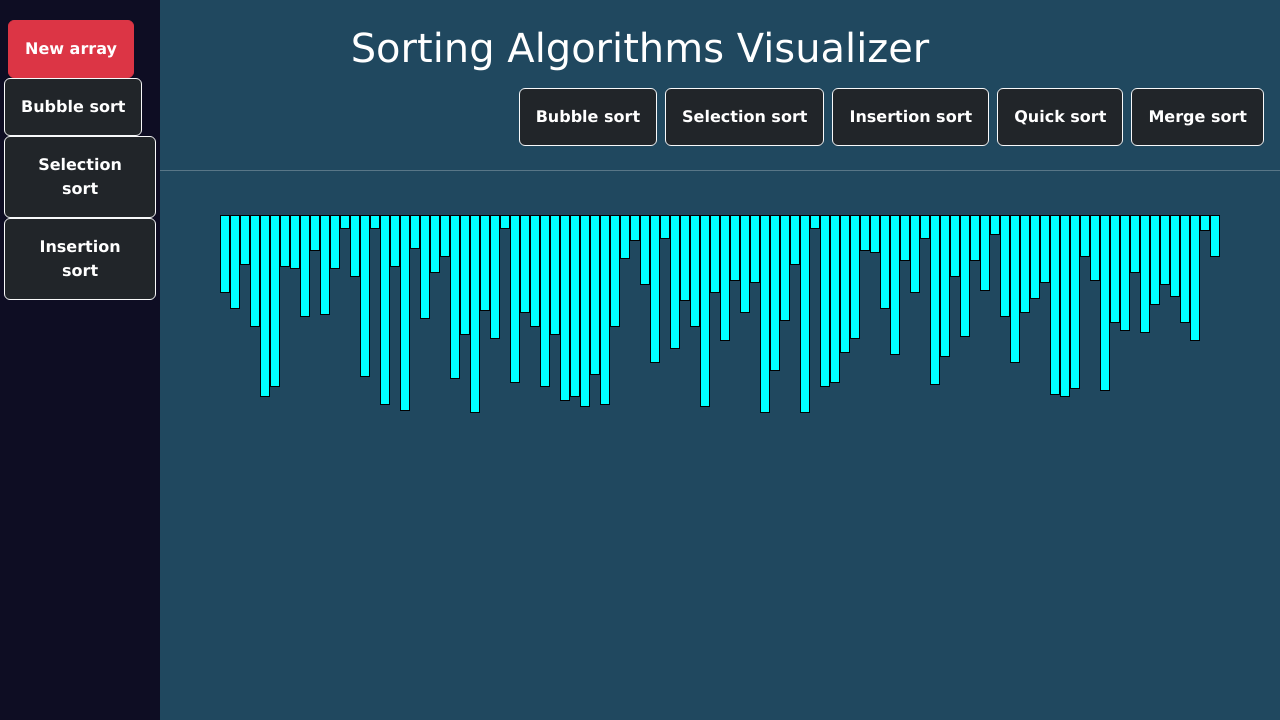
Repository: Vasil1001/Sorting-Algorithms-Visualizer-js
Page: views/index.html
These files come from the project's save history. The page is drawn as it stood at one moment and after the next save; the edit follows.
The browser window is 1280 px wide. The pictures show the whole page.

Above is the page before, as saved 2022-11-03 17:54:37.

After the next save:
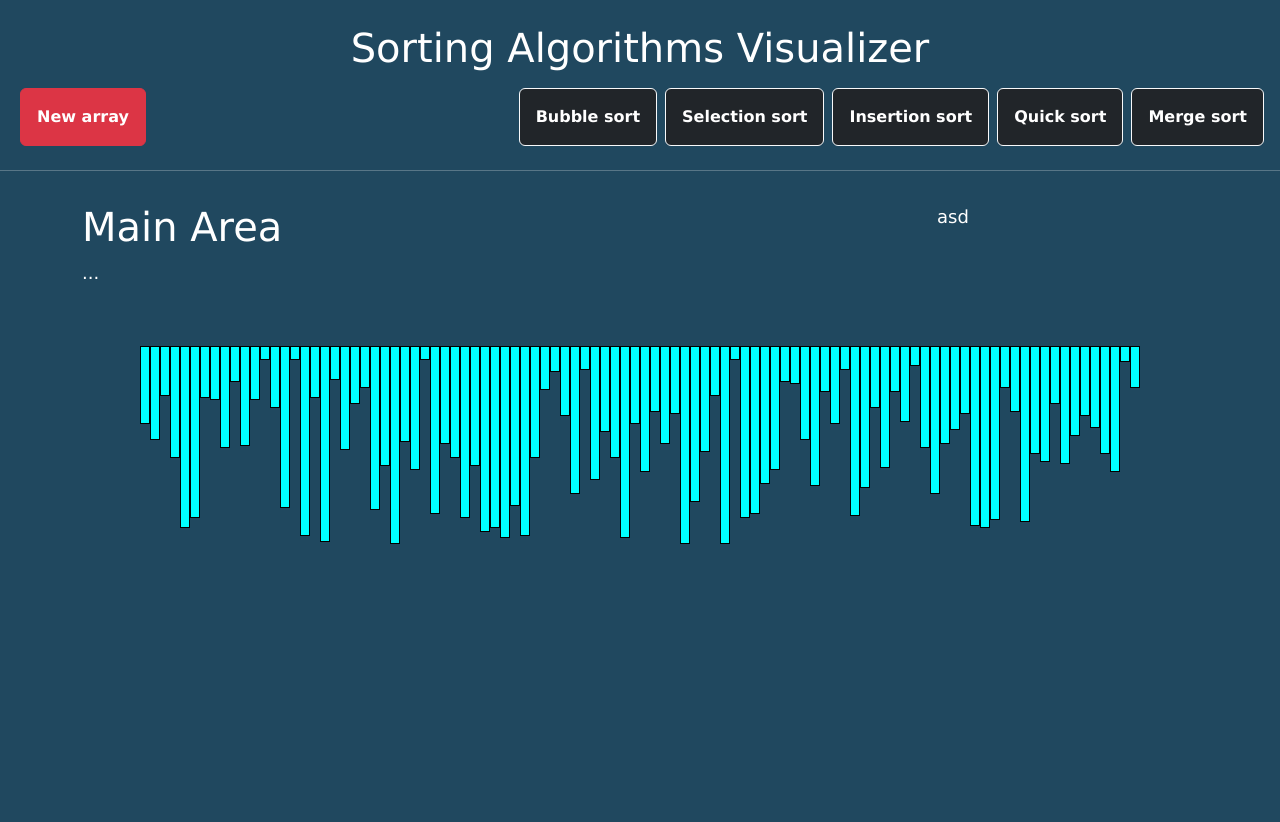
Saved 44 s later.
--- a/views/index.html
+++ b/views/index.html
@@ -58,23 +58,22 @@
 
   <hr style="color: white;">
 
-  <div class="sidenav">
-    <button type="button" class="btn btn-danger mx-2 p-3 " id="new_array" style="color: white;"><b>New
-        array </b>
-    </button>
-    <button type="button" class="btn btn-dark border-light mx-1 p-3 " id="bubble_sort" style="color: white;"><b>Bubble
-        sort</b> </button>
-    <button type="button" class="btn btn-dark border-light mx-1 p-3 " id="selection_sort"
-      style="color: rgb(255, 255, 255);">
-      <b>Selection sort</b></button>
-      <button type="button" class="btn btn-dark border-light mx-1 p-3 " id="insertion_sort" style="color: white;">
-        <b>Insertion sort</b></button>
-
+  <div class="container">
+    <div class="row py-3">
+      <div class="col-3 order-2" id="sticky-sidebar">
+        <div class="sticky-top">
+          asd
+        </div>
+      </div>
+      <div class="col" id="main">
+        <h1>Main Area</h1>
+        ...
+      </div>
+    </div>
   </div>
 
-  <div class="main">
-    <div id="bars" class="bars flex-container p-4"></div>
-  </div>
+  <div id="bars" class="bars flex-container p-4"></div>
+
 
   <!-- Import css & bootstrap-->
   <script src="https://cdn.jsdelivr.net/npm/bootstrap@5.2.2/dist/js/bootstrap.bundle.min.js"
